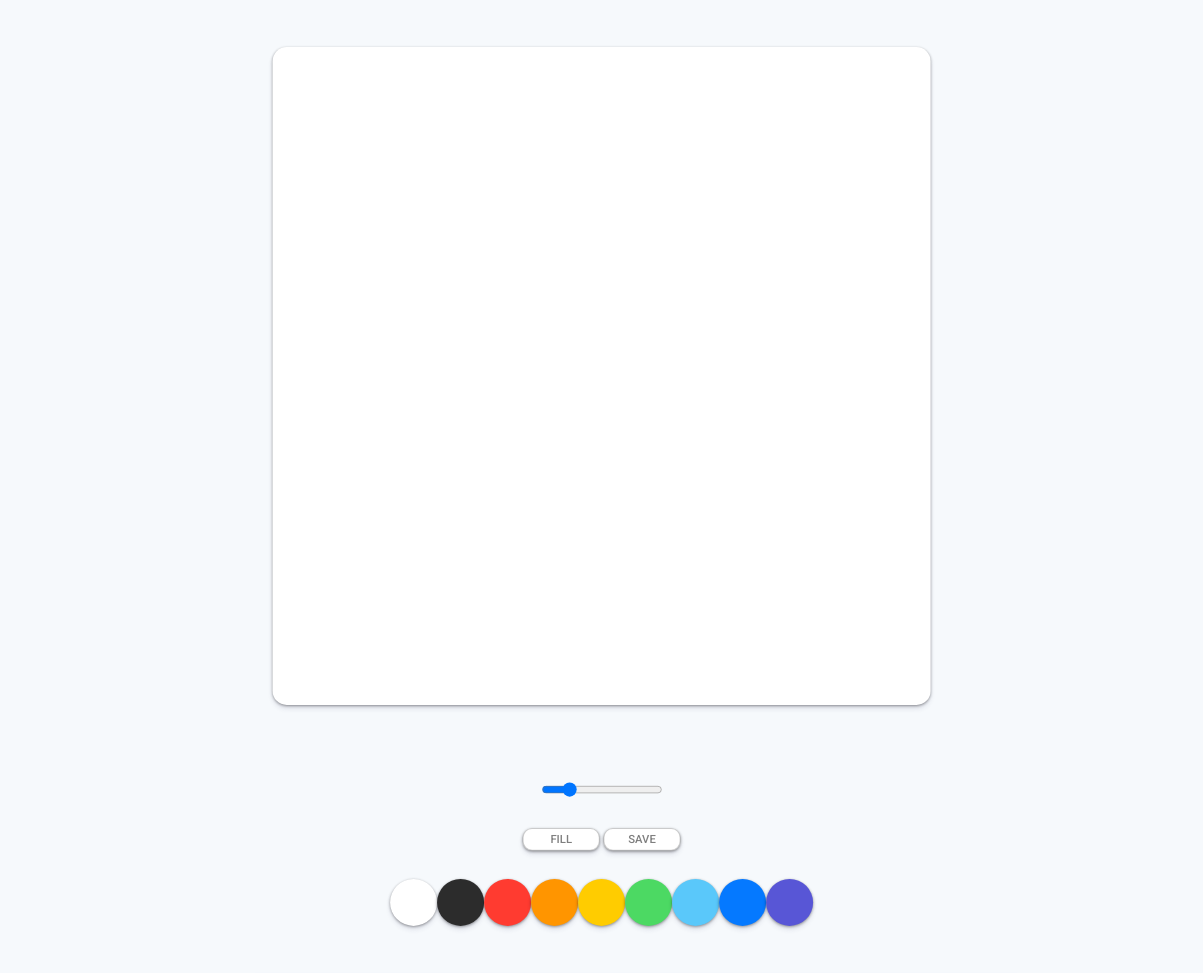
Repository: haleyjung/paintjs
Page: index.html
An editor plug-in stored every save of this project. The page is shown before and after the next save, followed by the edit.
The browser window is 1280 px wide. The pictures show the whole page, at 94% of full size.
After loading, the first visible `#jsCanvas` was clicked once.

Above is the page before, as saved 2020-11-25 23:50:51.
Console error (its wording comes from the project's code and is left out).

After the next save:
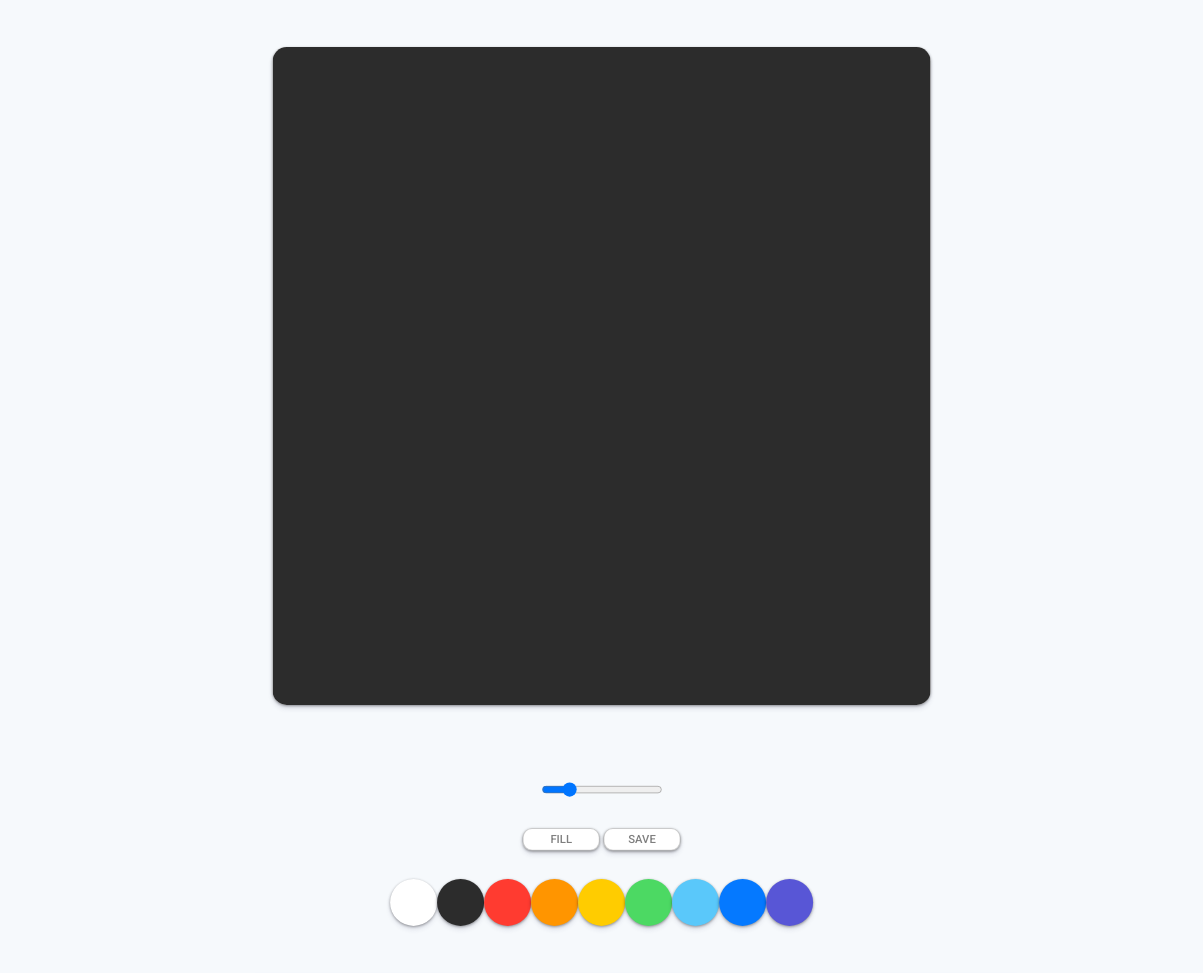
The error is gone.
Saved 52 s later.
--- a/app.js
+++ b/app.js
@@ -70,9 +70,9 @@ function handleModeClick(){
     }
 }
 
-// Canvas click
+// Fill entire canvas when Fill is clicked
 function handleCanvasClick(){
-    ctx.fillRect(0, 0, )
+    ctx.fillRect(0, 0, canvas.width, canvas.height);
 }
 
 if(canvas){
